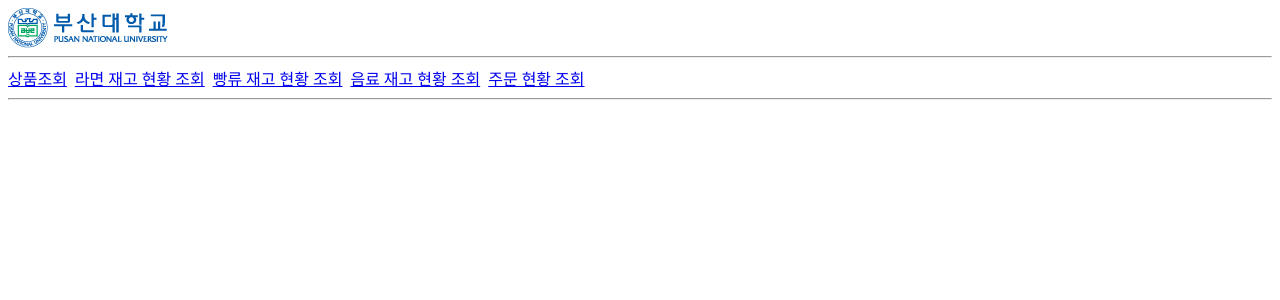
Repository: Gwangil/PCManager
Page: http://localhost/pcmanager.2.1.0/product/productInfo.jsp
These files come from the project's save history. The page is drawn as it stood at one moment and after the next save; the edit follows.
The browser window is 1280 px wide. The pictures show the whole page.
The page is served by Tomcat 9.

Above is the page before, as saved 2017-07-20 07:52:19.

After the next save:
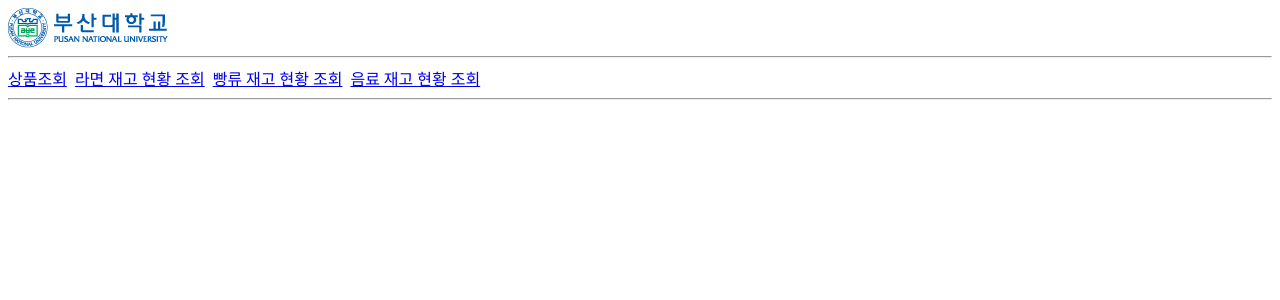
Saved 119 s later.
--- a/04.Workspace/02.pcmanager_workspace_2.0.0/pcmanager.2.1.0/WebContent/product/productInfo.jsp
+++ b/04.Workspace/02.pcmanager_workspace_2.0.0/pcmanager.2.1.0/WebContent/product/productInfo.jsp
@@ -17,7 +17,6 @@
 <a href="/pcm/pcontroller?action=getCategoryAll&category=라면">라면 재고 현황 조회</a>&nbsp;
 <a href="/pcm/pcontroller?action=getCategoryAll&category=빵류">빵류 재고 현황 조회</a>&nbsp;
 <a href="/pcm/pcontroller?action=getCategoryAll&category=음료">음료 재고 현황 조회</a>&nbsp;
-<a href="/pcm/pcontroller?action=getOrderAll">주문 현황 조회</a>
 <hr>
 
 
